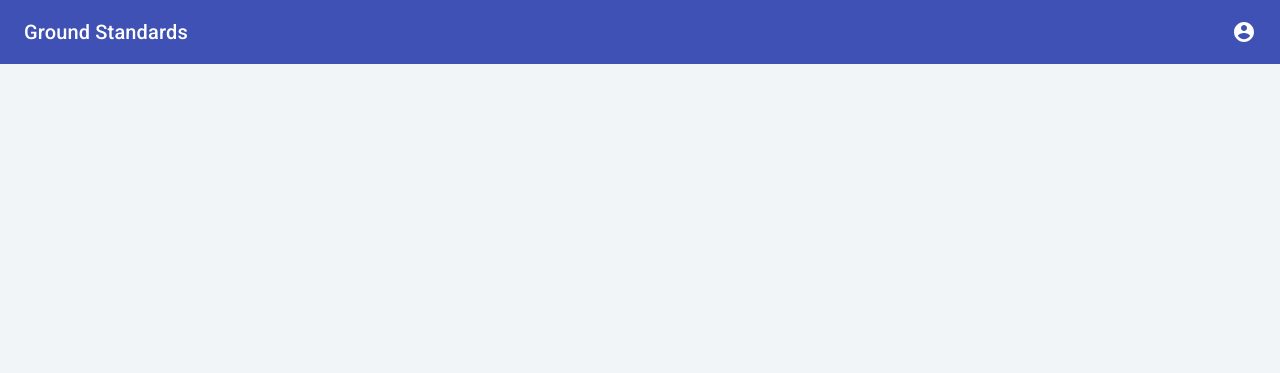
Repository: vinuvish/groundstandards_react
Page: /
The author's editor kept a copy of each file at every save. The page is drawn from the files as they stood at one save, then again after the next save.
The browser window is 1280 px wide. The pictures show the whole page.
The page's requests for data from a server got no answer. The project was rebuilt for these pictures with package versions that can differ from the ones it lists, and the page was loaded fresh each time. No one was signed in, and anything a server would have sent is missing. Also part of the build but not shown: src/pages/app/NotFoundPage.tsx, src/pages/app/SignUpPage.tsx, src/pages/app/AboutPage.tsx, src/pages/app/OurSolutionPage.tsx, src/pages/app/OurPartnerPage.tsx, src/pages/app/ResourcePage.tsx, src/pages/app/PressPage.tsx, src/pages/app/BlockPage.tsx and 1 more.

Above is the page before, as saved 2020-11-25 22:23:12.

After the next save:
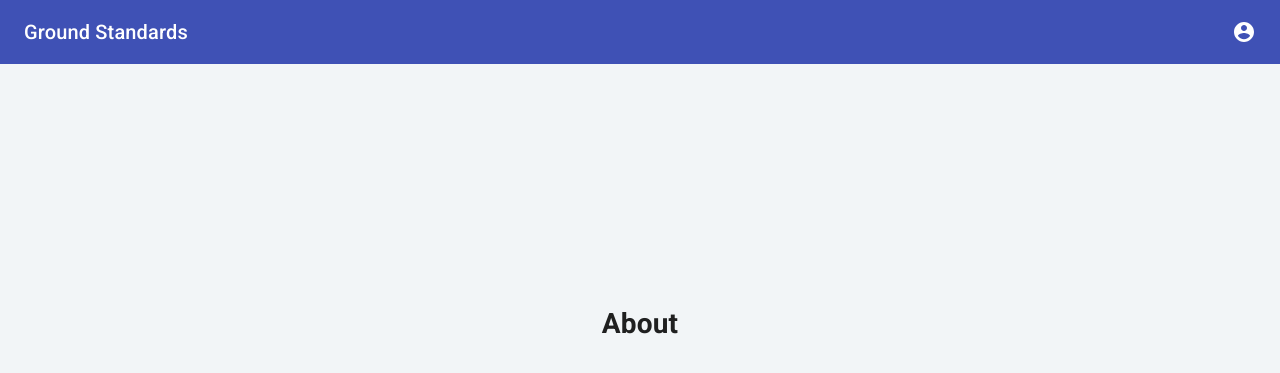
Saved 45 s later.
--- a/src/pages/app/AppHomePage.tsx
+++ b/src/pages/app/AppHomePage.tsx
@@ -6,7 +6,16 @@ interface Props { }
 
 const AppHomePage: React.FC<Props> = () => {
     const classes = useStyles();
-    return <h1>Home</h1>;
+    return <div
+        style={{
+            display: 'flex',
+            justifyContent: 'center',
+            alignItems: 'center',
+            height: '90vh'
+        }}
+    >
+        <h1>About</h1>
+    </div>
 };
 
 const useStyles = makeStyles((theme: Theme) => ({
